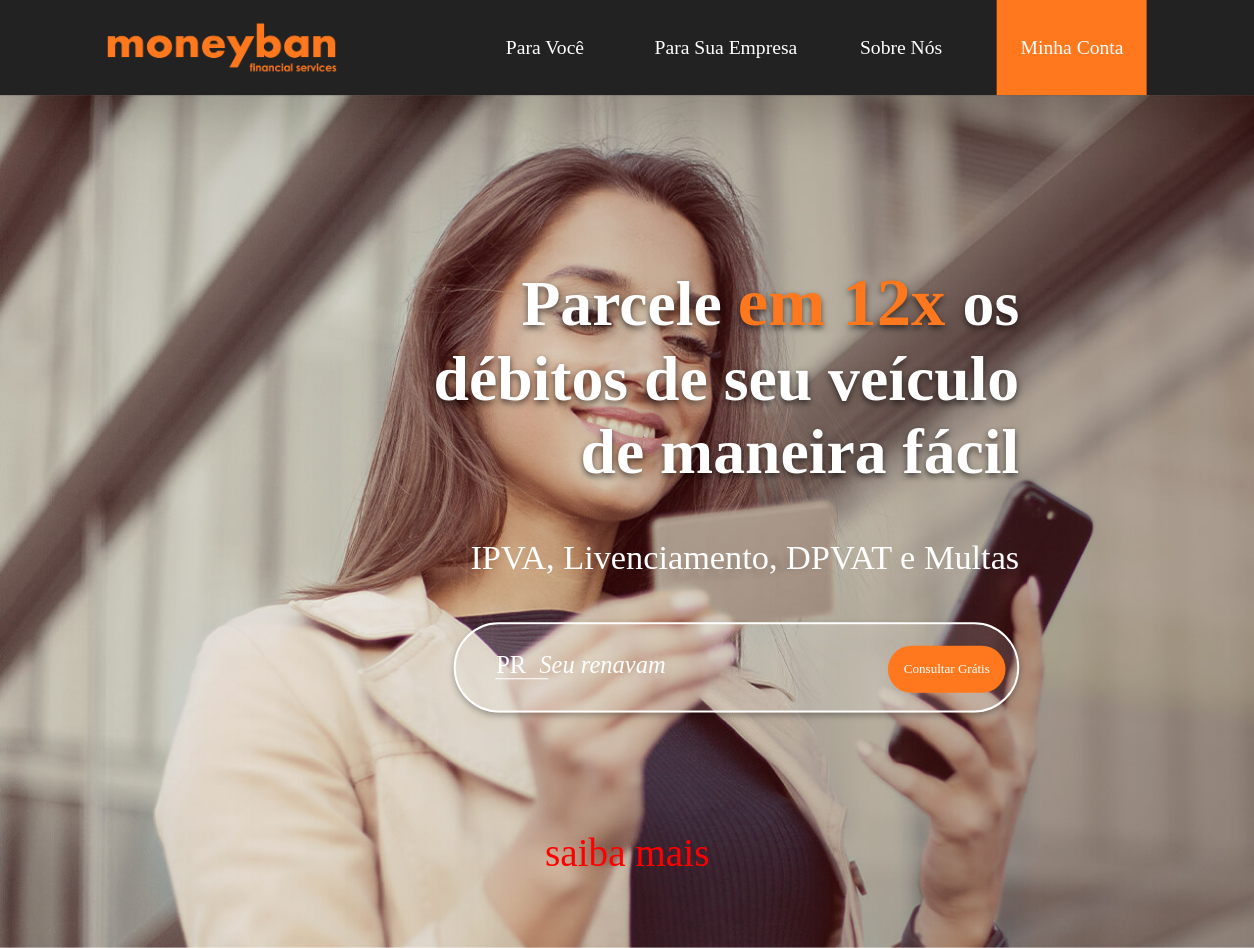
Repository: IvanCardoso91/moneyban
Page: index.html
An editor plug-in stored every save of this project. The page is shown before and after the next save, followed by the edit.
The browser window is 1280 px wide. The pictures show the whole page, at 98% of full size.
Some icons come from a web library that is not loaded, so they are not drawn. Some web fonts or font styles are not loaded; a fallback is used.

Above is the page before, as saved 2020-12-17 14:31:55.

After the next save:
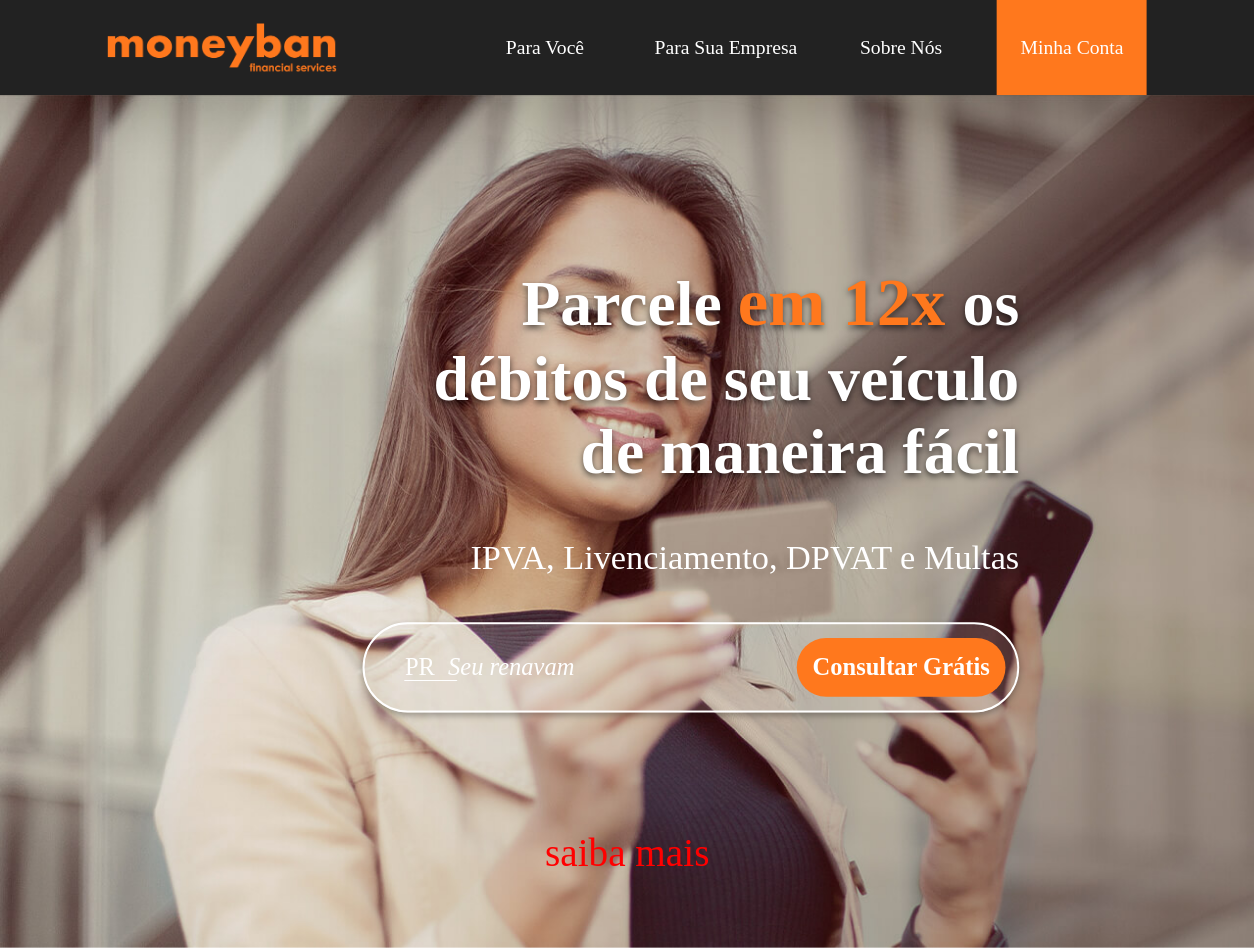
Saved 24 s later.
--- a/style/main-style.css
+++ b/style/main-style.css
@@ -247,6 +247,8 @@ select::-ms-expand {
     border-color: #0000;
     color: #fff;
     font-family: 'Century Gothic';
+    font-size: 25px;
+    font-weight: bold;
 }
 
 
